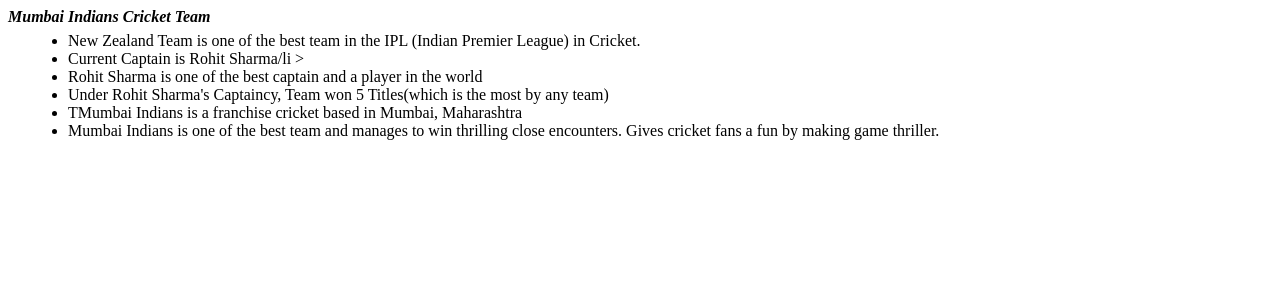
Repository: devanshudave1901/DevanshuDave_Sec002_ICE-05
Page: InfoFiles/uMumba.html
The author's editor kept a copy of each file at every save. The page is drawn from the files as they stood at one save, then again after the next save.
The browser window is 1280 px wide. The pictures show the whole page.

Above is the page before, as saved 2022-03-20 21:15:18.

### InfoFiles/uMumba.html
<!DOCTYPE html>
<html>
<head>
<meta charset="utf-8">
<title>
</title>
</head>
<body>
<div>
<b><i>Mumbai Indians Cricket Team</i></b><ul style="margin: 6px 0px 6px 20px; text-indent: 0pt;"> <li> New Zealand Team is one of the best team in the IPL (Indian Premier League) in Cricket.
<li >Current Captain is </b>Rohit Sharma/li
><li > Rohit Sharma is one of the best captain  and a player in the world</li>
<li>Under Rohit Sharma's Captaincy, Team won 5 Titles(which is the most by any team)</li>
<li>TMumbai Indians is a franchise cricket based in Mumbai, Maharashtra</li>
<li >Mumbai Indians is one of the best team and manages to win thrilling close encounters. Gives cricket fans a fun by making game thriller.</li>
</div>
</body>
</html>

After the next save:
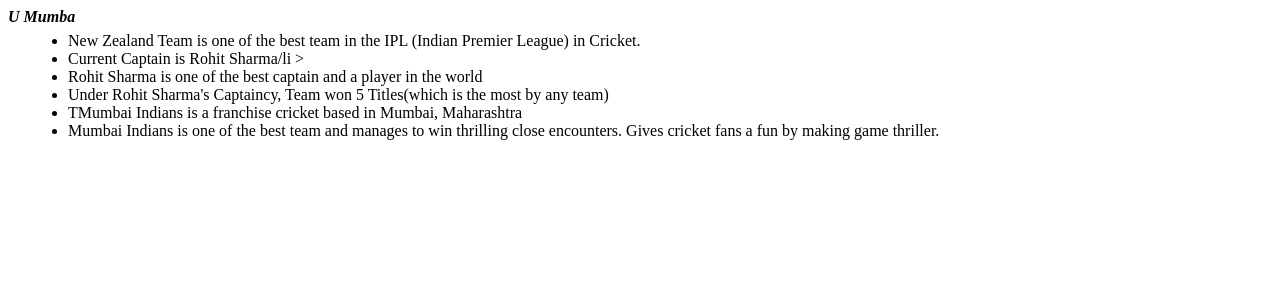
Saved 18 s later.
--- a/InfoFiles/uMumba.html
+++ b/InfoFiles/uMumba.html
@@ -7,7 +7,7 @@
 </head>
 <body>
 <div>
-<b><i>Mumbai Indians Cricket Team</i></b><ul style="margin: 6px 0px 6px 20px; text-indent: 0pt;"> <li> New Zealand Team is one of the best team in the IPL (Indian Premier League) in Cricket.
+<b><i>U Mumba</i></b><ul style="margin: 6px 0px 6px 20px; text-indent: 0pt;"> <li> New Zealand Team is one of the best team in the IPL (Indian Premier League) in Cricket.
 <li >Current Captain is </b>Rohit Sharma/li
 ><li > Rohit Sharma is one of the best captain  and a player in the world</li>
 <li>Under Rohit Sharma's Captaincy, Team won 5 Titles(which is the most by any team)</li>
